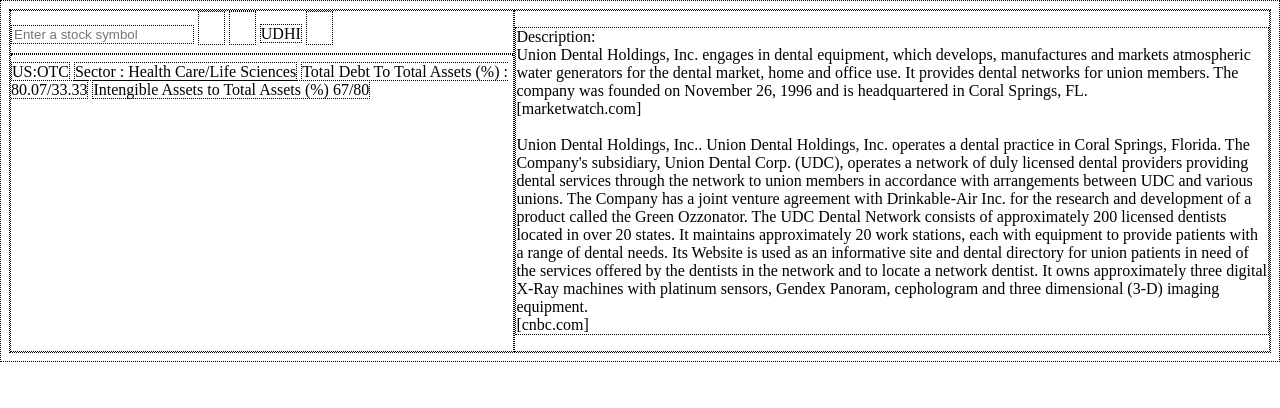
Repository: hadi4172/halal-stock-scanner
Page: popup.html
An editor plug-in stored every save of this project. The page is shown before and after the next save, followed by the edit.
The browser window is 1280 px wide. The pictures show the whole page.

Above is the page before, as saved 2020-09-24 17:47:31.

### popup.html
<!DOCTYPE html>
<html>

<head>
    <title>Halal Stock Scanner</title>
    <meta charset="UTF-8">
    <script src="popup.js"></script>
    <link rel="stylesheet" href="font-awesome/font-awesome.min.css">
    <link rel="stylesheet" type="text/css" href="popup.css">
</head>

<body>
    <div id=left>
        <input type=text maxlength=5 placeholder="Enter a stock symbol" />
        <i id=search-btn class="fa fa-trash fa-2x"></i>
        <i id=settings-btn class="fa fa-trash fa-2x"></i>
        <span id=symbol>UDHI</span>
        <i id=icon-is-correct-or-no class="fa fa-trash fa-2x"></i>
        <hr>
        <span id=market>US:OTC</span>
        <span id=sector>Sector : Health Care/Life Sciences</span>
        <span id=debt-to-assets>Total Debt To Total Assets (%) : 80.07/33.33</span>
        <span id=intengible-assets-to-total-assets>Intengible Assets to Total Assets (%) 67/80 </span>
    </div>

    <div id=right>
        <p id=description>
            Description: <br />
            Union Dental Holdings, Inc. engages in dental equipment, which develops, manufactures and markets atmospheric water generators for the dental market, home and office use. It provides dental networks for union members. The company was founded on November 26, 1996 and is headquartered in Coral Springs, FL.<br />
            [marketwatch.com]<br /><br />
            Union Dental Holdings, Inc.. Union Dental Holdings, Inc. operates a dental practice in Coral Springs, Florida. The Company's subsidiary, Union Dental Corp. (UDC), operates a network of duly licensed dental providers providing dental services through the network to union members in accordance with arrangements between UDC and various unions. The Company has a joint venture agreement with Drinkable-Air Inc. for the research and development of a product called the Green Ozzonator. The UDC Dental Network consists of approximately 200 licensed dentists located in over 20 states. It maintains approximately 20 work stations, each with equipment to provide patients with a range of dental needs. Its Website is used as an informative site and dental directory for union patients in need of the services offered by the dentists in the network and to locate a network dentist. It owns approximately three digital X-Ray machines with platinum sensors, Gendex Panoram, cephologram and three dimensional (3-D) imaging equipment.<br />
            [cnbc.com]
        </p>
    </div>
</body>

</html>

### popup.css
* {
    border: 1px black dotted;
}

body{
    display:flex;
}

#right{
    width:60%
}

#left{
    width:40%
}

Loaded but not shown: font-awesome/font-awesome.min.css (library); popup.js (no copy from this time; the picture is the same without it)

After the next save:
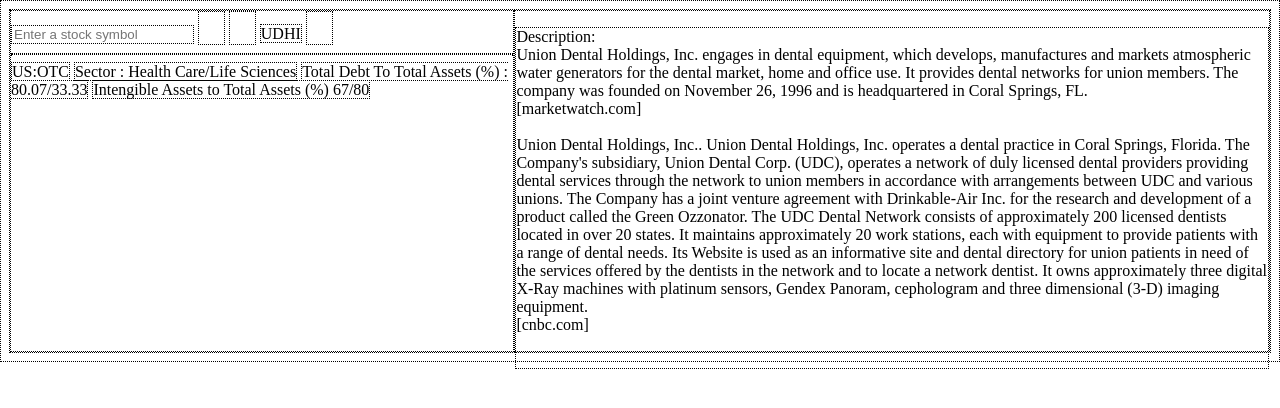
Saved 92 s later.
--- a/popup.css
+++ b/popup.css
@@ -13,3 +13,7 @@
 #left{
     width:40%
 }
+
+#description{
+    height: 100%;
+}
